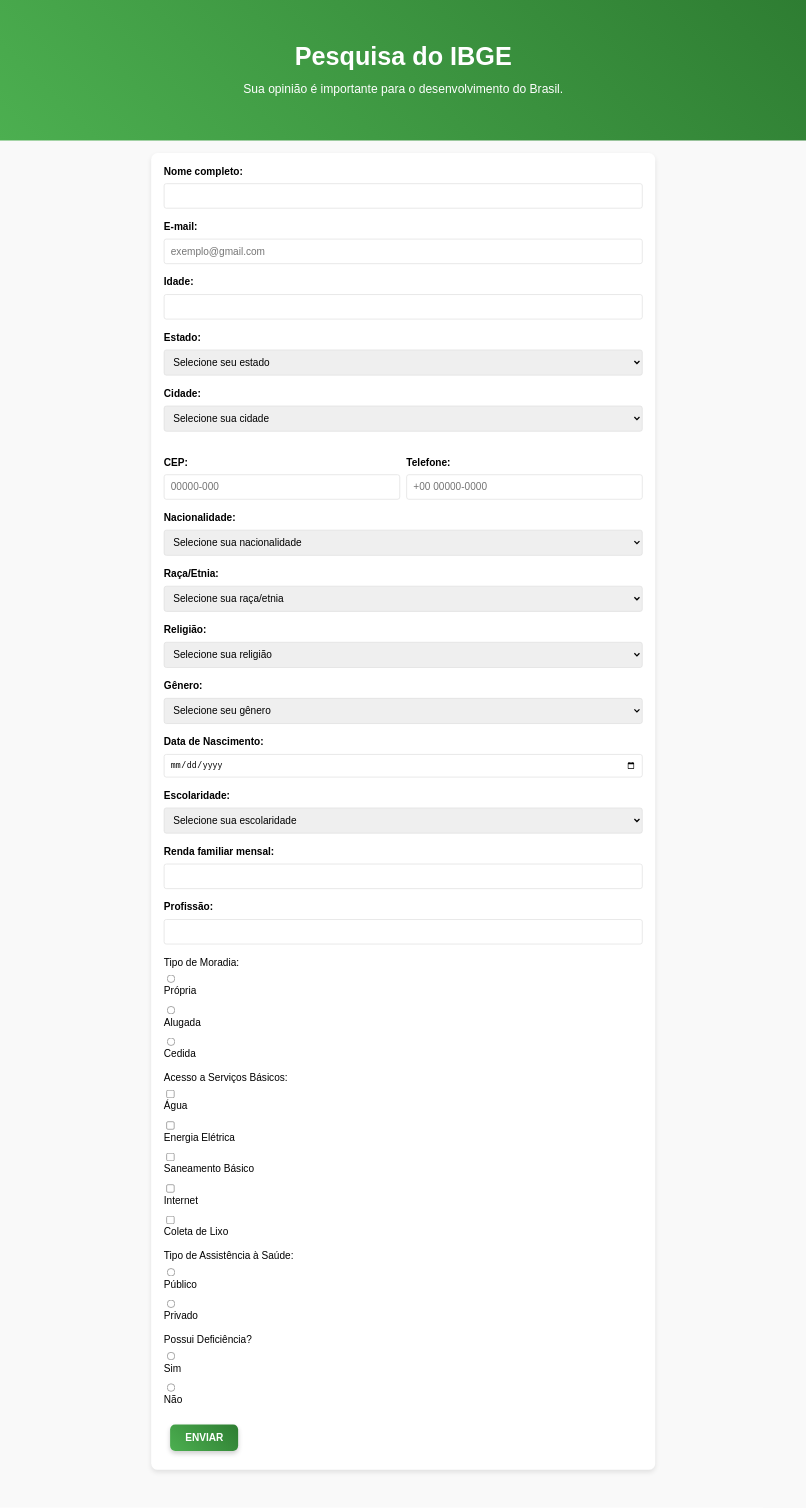
Repository: Gabrielb0rn/Projeto-Formul-rio.io
Page: index.html
The author's editor kept a copy of each file at every save. The page is drawn from the files as they stood at one save, then again after the next save.
The browser window is 1280 px wide. The pictures show the whole page, at 63% of full size.

Above is the page before, as saved 2024-07-01 08:43:43.

After the next save:
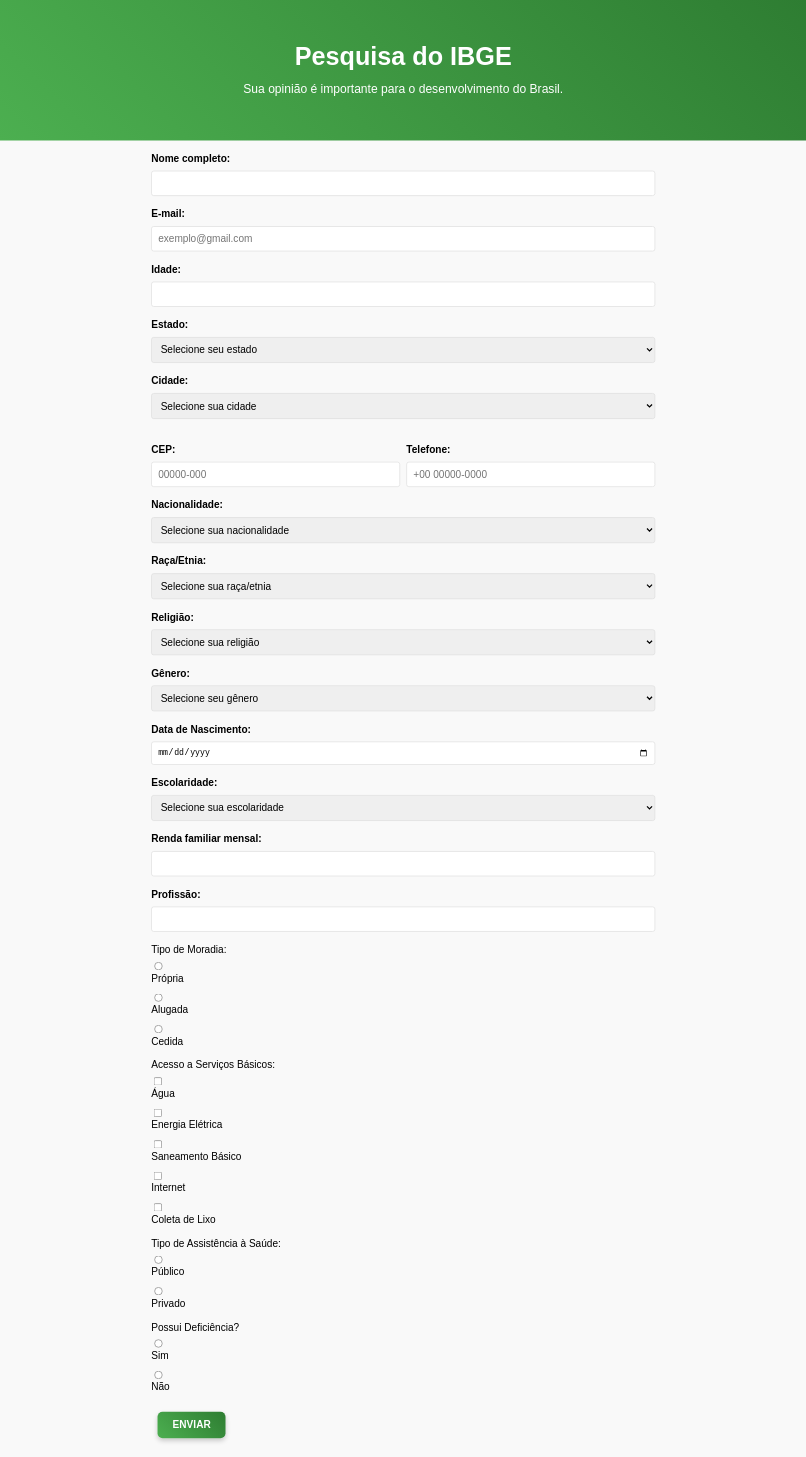
Saved 15 s later.
--- a/index.html
+++ b/index.html
@@ -15,7 +15,6 @@
     </header>
     <main>
         <div class="container">
-            <form id="form">
                 <div class="form-group">
                     <label for="nome">Nome completo:</label>
                     <input type="text" id="nome" name="nome" required>

After the save that followed:
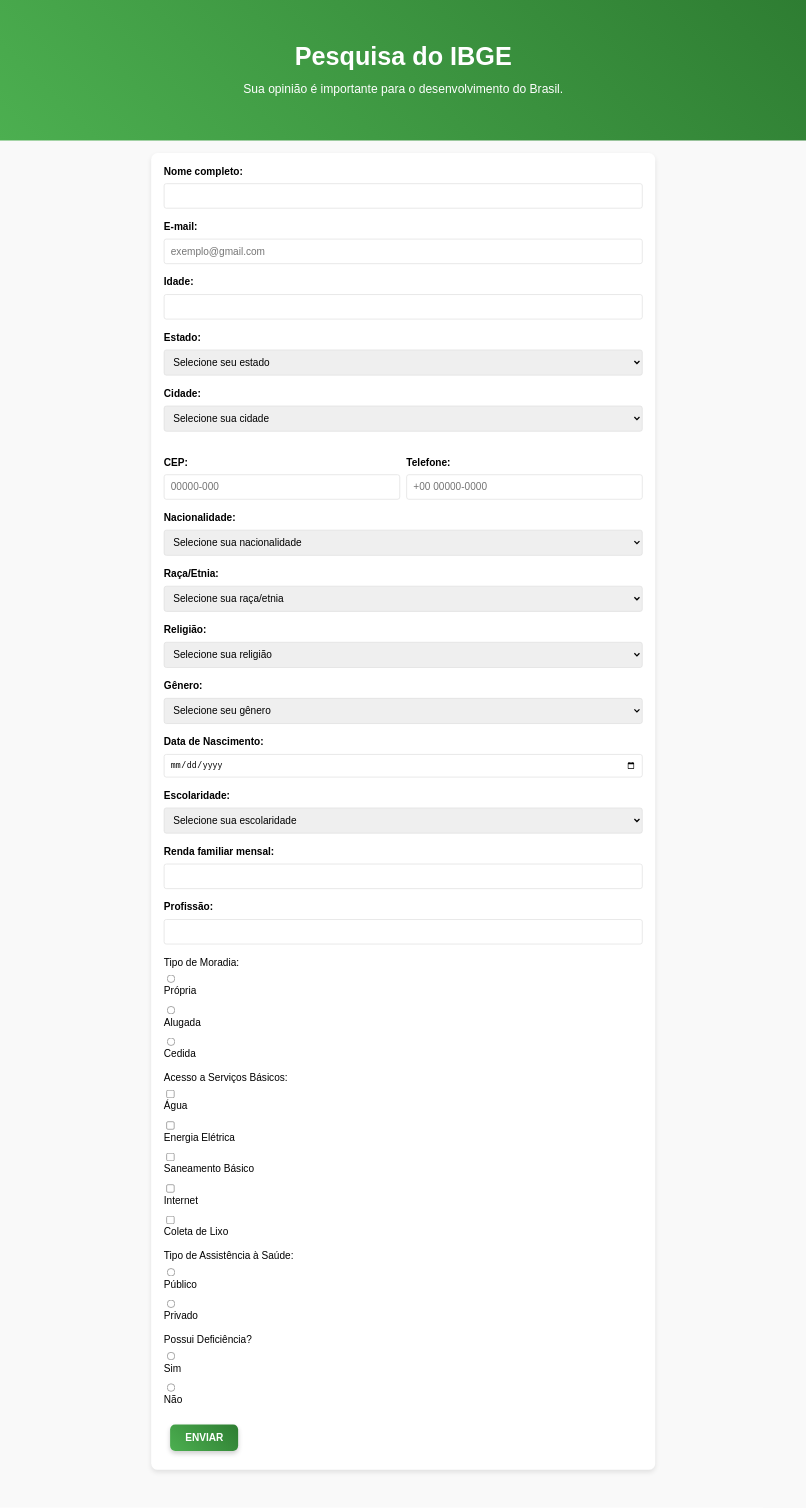
Saved 4 s later.
--- a/index.html
+++ b/index.html
@@ -15,6 +15,7 @@
     </header>
     <main>
         <div class="container">
+            <form id="form">
                 <div class="form-group">
                     <label for="nome">Nome completo:</label>
                     <input type="text" id="nome" name="nome" required>
